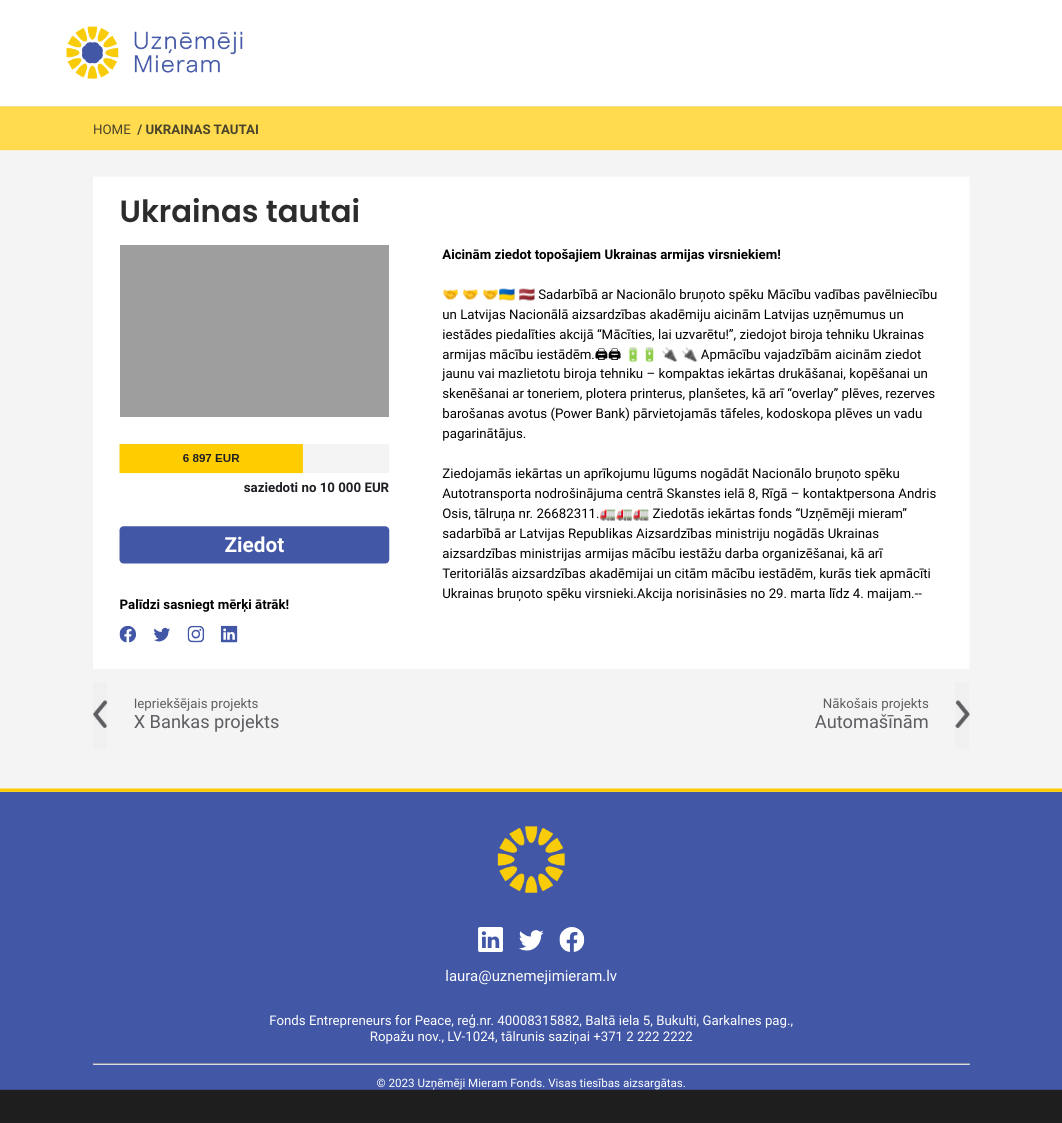
Repository: KatrinaPa/projekts11
Page: projekts-donateUkr.html
The author's editor kept a copy of each file at every save. The page is drawn from the files as they stood at one save, then again after the next save.
The browser window is 1280 px wide. The pictures show the whole page, at 83% of full size.
Pictures or frames that could not be fetched are drawn as grey boxes.

Above is the page before, as saved 2023-05-30 22:08:28.
Console error: TypeError: Cannot read properties of null (reading 'children')

After the next save:
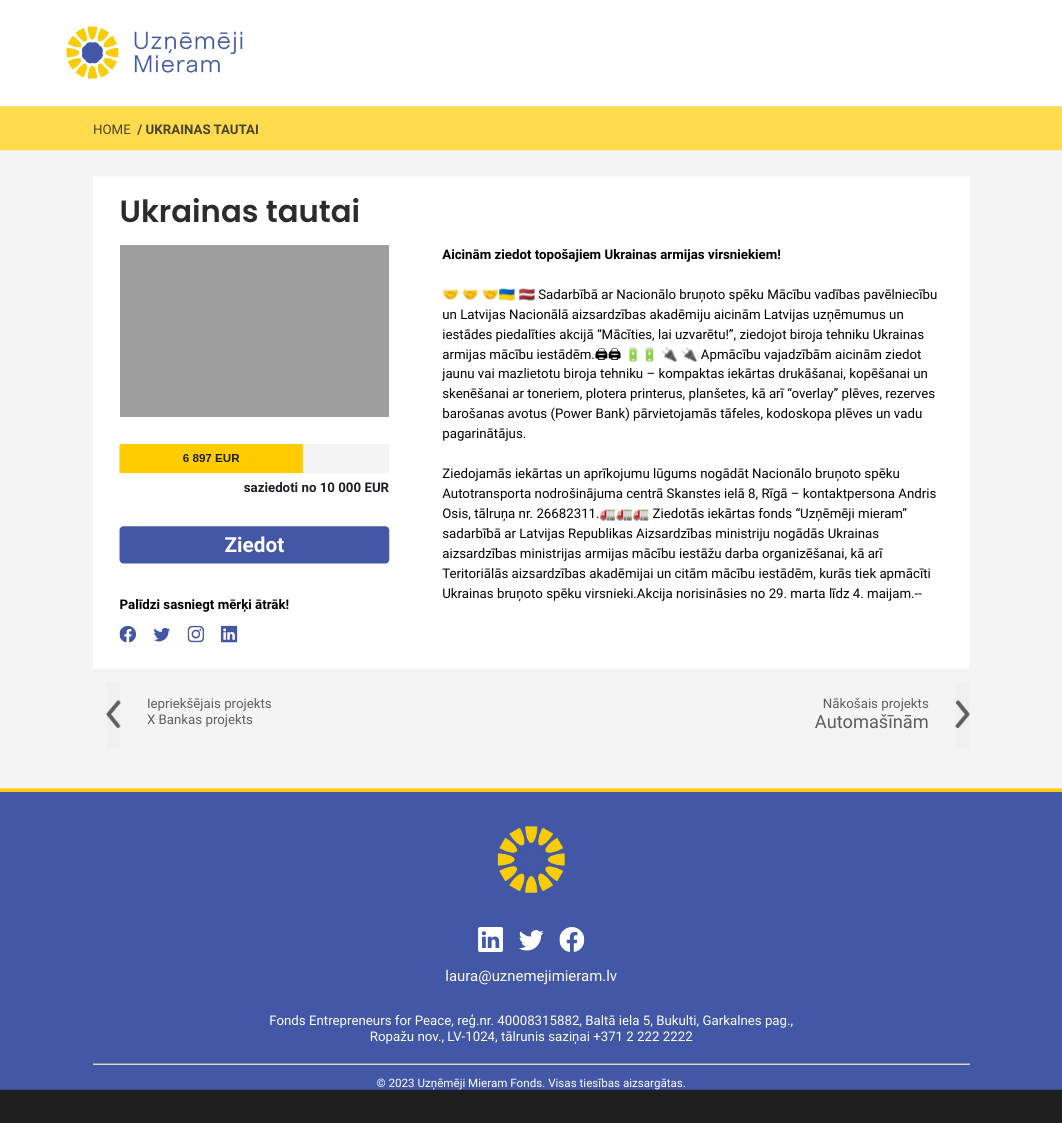
Saved 103 s later.
--- a/projekts-donateUkr.html
+++ b/projekts-donateUkr.html
@@ -125,13 +125,13 @@
                     </div>
                 </div>
                 <div class="to-project">
-                    <div class="previous">
+                    <div class="previous"><a href="projekts-xbank.html" id="project-nav-xbanka"></a>
                         <button class="carousel_proj_btn">
                             <img src="assets/images/arrow_left.png" alt="left" id="arrow-left">
                         </button>
                         <div>
                             <p>Iepriekšējais projekts</p>
-                            <a href="projekts-xbank.html" id="project-nav-xbanka">X Bankas projekts</a>
+                            <p>X Bankas projekts</p>
                         </div>
                     </div>
                     <div class="next">
